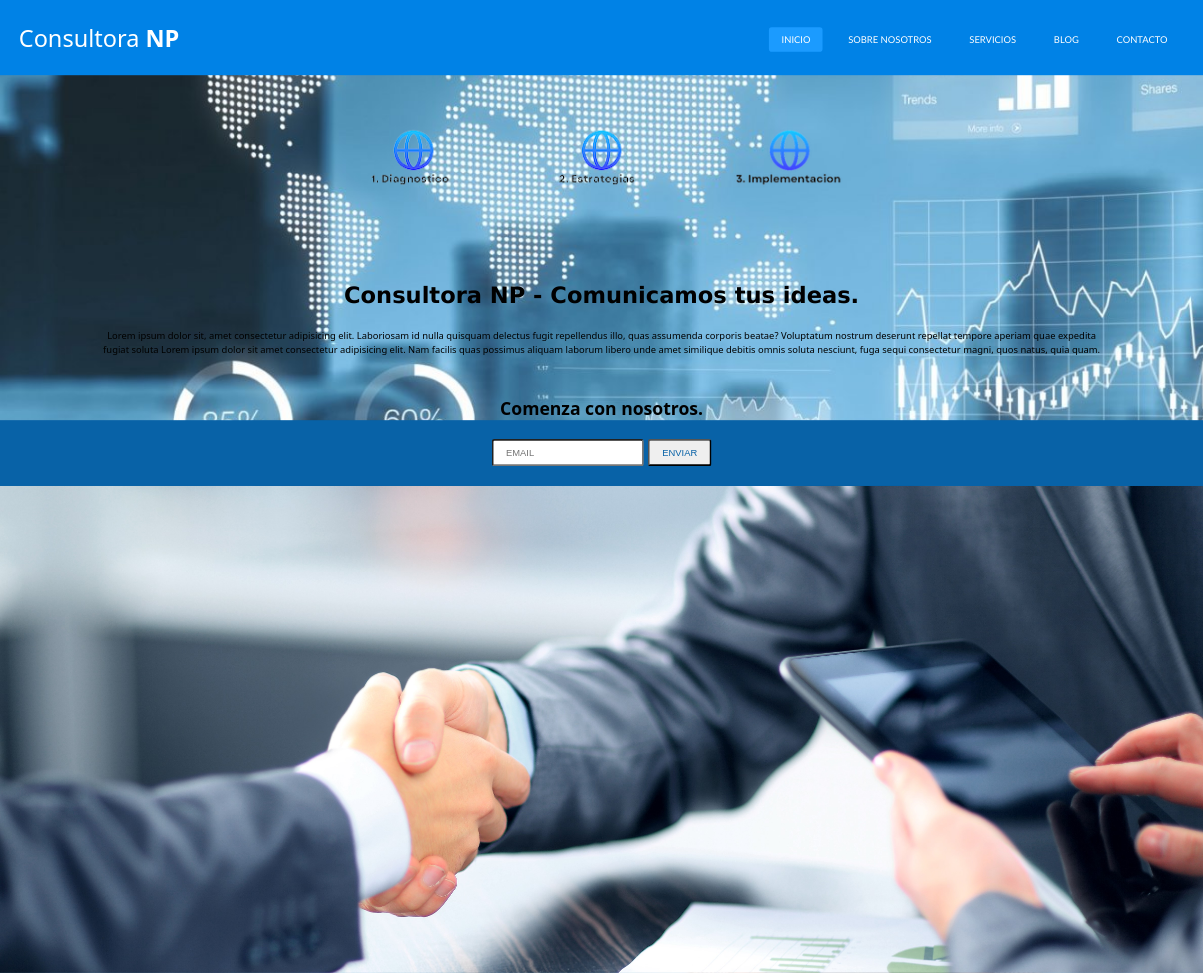
Repository: Batu120/pre-entrega2
Page: index.html
The author's editor kept a copy of each file at every save. The page is drawn from the files as they stood at one save, then again after the next save.
The browser window is 1280 px wide. The pictures show the whole page, at 94% of full size.

Above is the page before, as saved 2022-10-31 19:58:39.

After the next save:
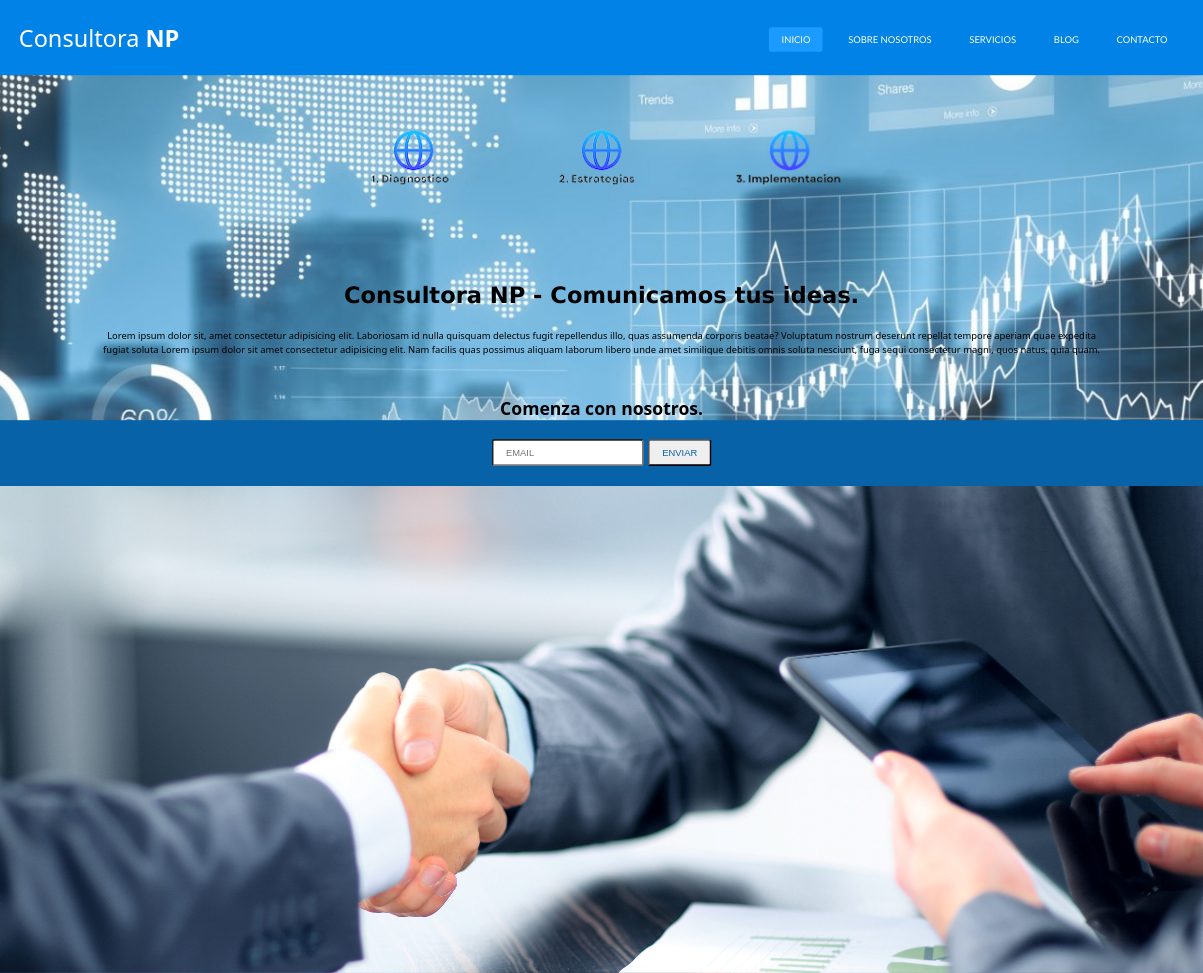
Saved 2 min 48 s later.
--- a/CSS/style.css
+++ b/CSS/style.css
@@ -1,8 +1,12 @@
 body {
     background: url(/IMG/background_body.jpeg) no-repeat;
     background-size: cover;
+    background-position-x: center;
+    background-position-y: center;
+    background-position: center;
     height: auto;
     font-family:'Gill Sans', 'Gill Sans MT', Calibri, 'Trebuchet MS', sans-serif;
+
 }
 
 /* NAV BAR - LINKS- RESPONSIVE */
@@ -17,7 +21,6 @@ nav {
     background: #0082e6;
     height: 80px;
     width: 100%;
-    position: sticky;
 }
 /*  */
 .logo{
